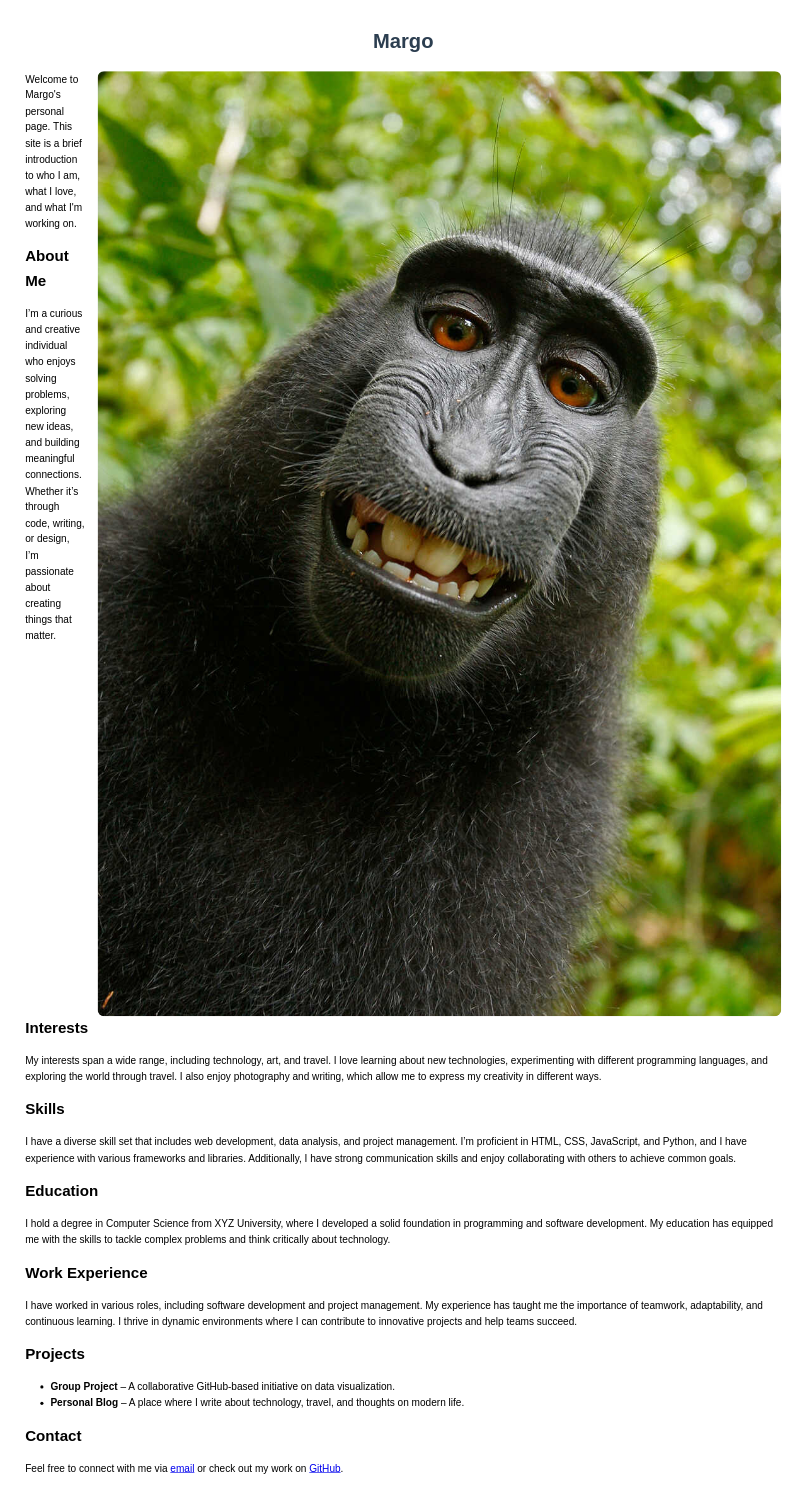
Repository: margo-m-chen/group_project
Page: my_file.html
An editor plug-in stored every save of this project. The page is shown before and after the next save, followed by the edit.
The browser window is 1280 px wide. The pictures show the whole page, at 63% of full size.

Above is the page before, as saved 2025-07-18 13:59:15.

After the next save:
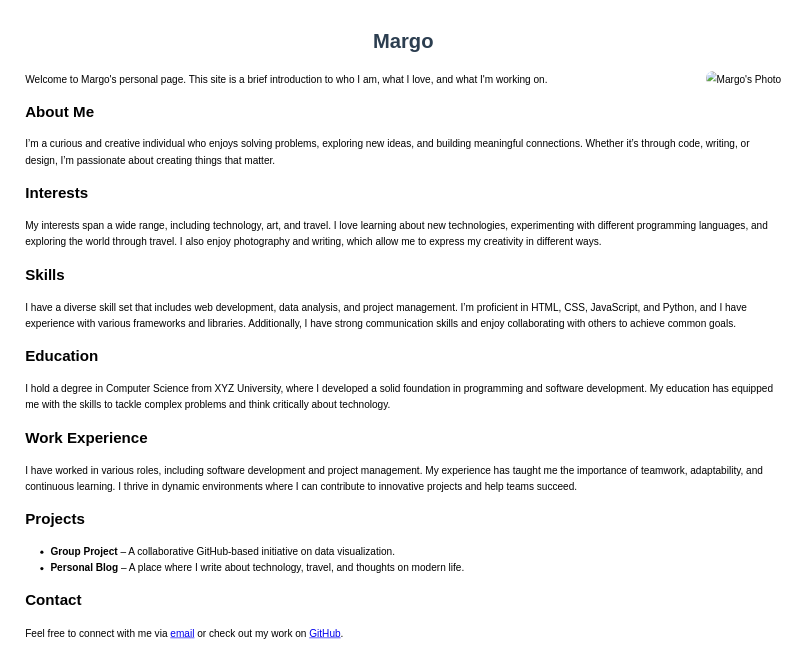
Not found: photo.jpg/150
Saved 21 s later.
--- a/my_file.html
+++ b/my_file.html
@@ -22,7 +22,7 @@
     <h1 style="text-align: center;">Margo</h1>
 
 
-    <img src="photo.jpg" alt="Margo's Photo" style="float: right; margin-left: 20px; border-radius: 10px;">
+    <img src="photo.jpg/150" alt="Margo's Photo" style="float: right; margin-left: 20px; border-radius: 10px;">
 
     <p>
         Welcome to Margo's personal page. This site is a brief introduction to who I am, what I love, and what I'm

After the save that followed:
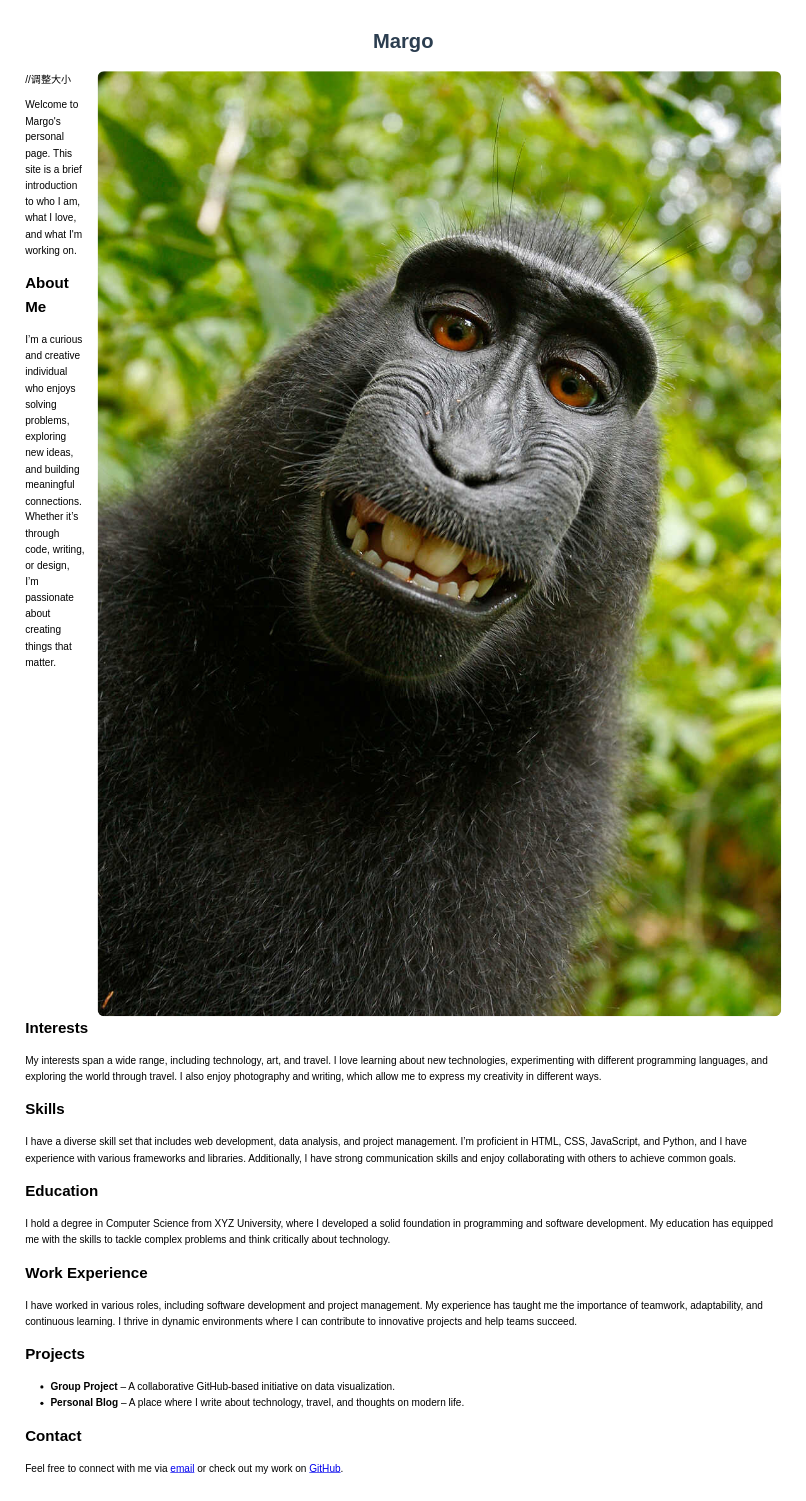
Saved 50 s later.
--- a/my_file.html
+++ b/my_file.html
@@ -21,8 +21,9 @@
 <body>
     <h1 style="text-align: center;">Margo</h1>
 
+    //调整大小
 
-    <img src="photo.jpg/150" alt="Margo's Photo" style="float: right; margin-left: 20px; border-radius: 10px;">
+    <img src="photo.jpg" alt="Margo's Photo" style="float: right; margin-left: 20px; border-radius: 10px;">
 
     <p>
         Welcome to Margo's personal page. This site is a brief introduction to who I am, what I love, and what I'm
